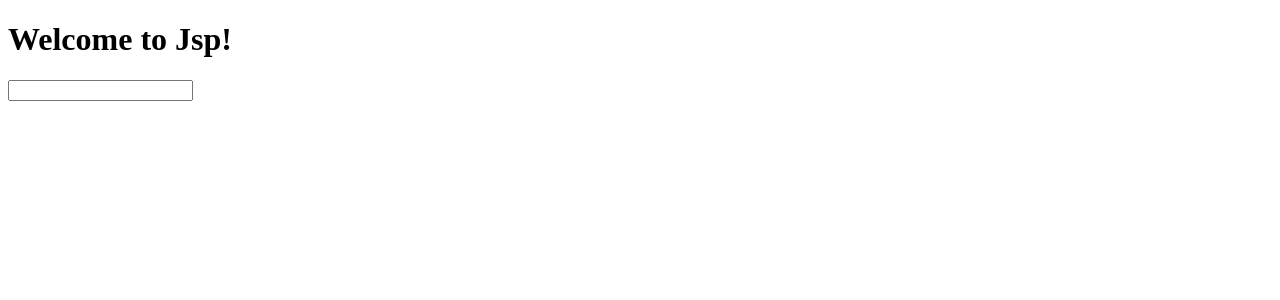
Repository: WillLiang918/Portfolio
Page: http://localhost/Task_Manager/
The author's editor kept a copy of each file at every save. The page is drawn from the files as they stood at one save, then again after the next save.
The browser window is 1280 px wide. The pictures show the whole page.
The page is served by Tomcat 9.

Above is the page before, as saved 2015-07-22 01:44:29.

After the next save:
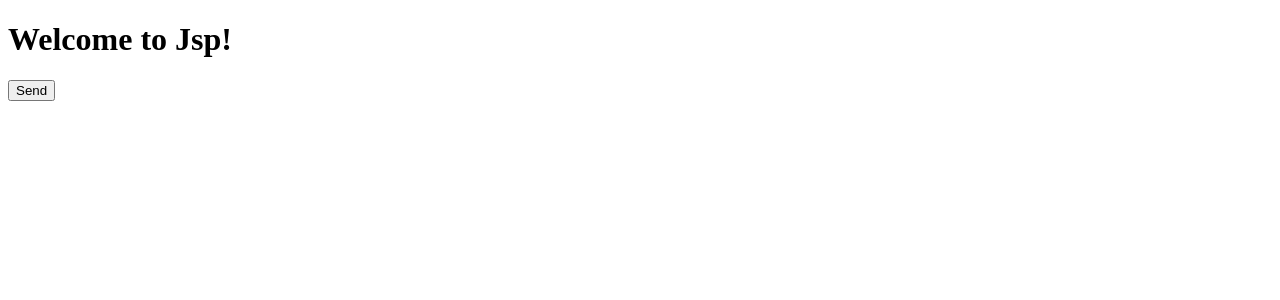
Saved 67 s later.
--- a/Task_Manager/WebContent/index.jsp
+++ b/Task_Manager/WebContent/index.jsp
@@ -9,7 +9,7 @@
 <body>
 <h1>Welcome to Jsp!</h1>
 <form action ="">
-	<input>
+	<input type="submit" value="Send"/>
 
 </form>
 
